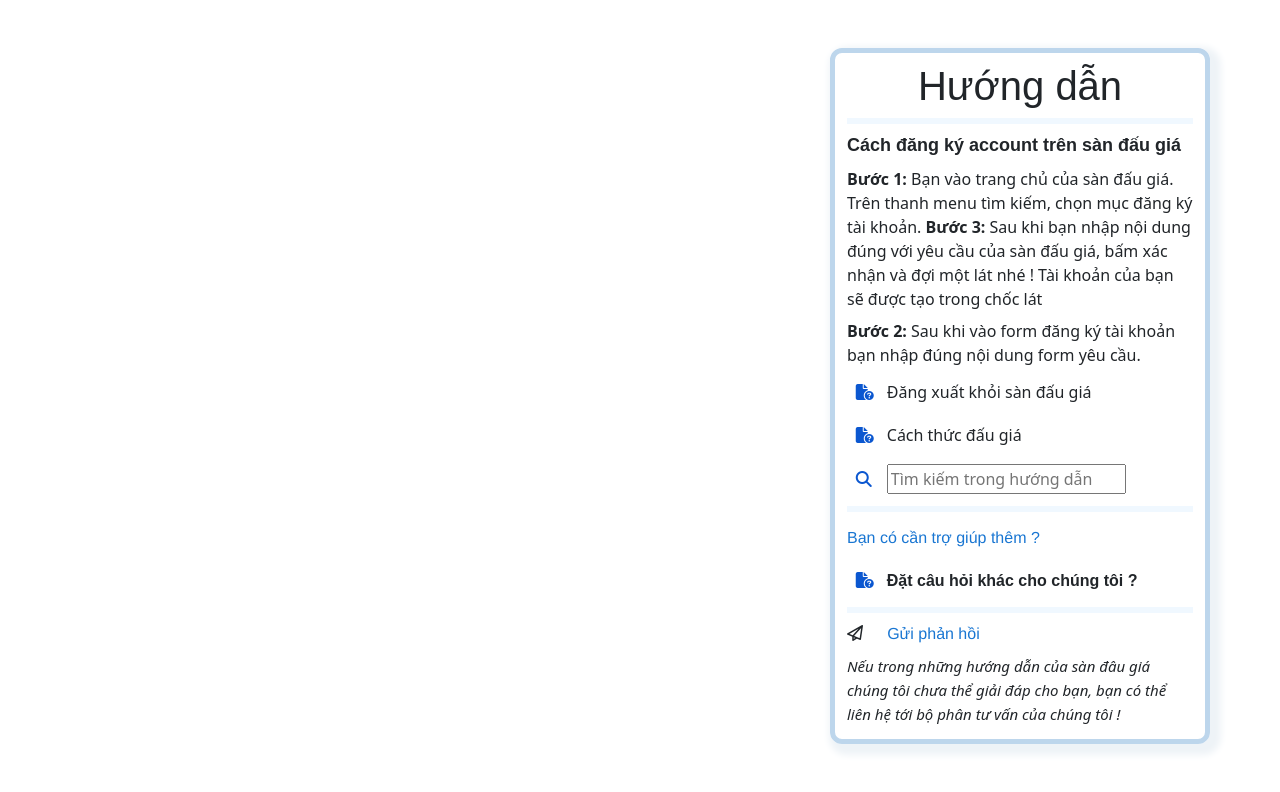
Repository: SonPhamThe/C0622G1-module5
Page: prototype--module6/guides/guide1.html
An editor plug-in stored every save of this project. The page is shown before and after the next save, followed by the edit.
The browser window is 1280 px wide. The pictures show the whole page.
Some web libraries are served in a nearby version.

Above is the page before, as saved 2022-12-07 15:14:03.

### prototype--module6/guides/guide1.html
<!DOCTYPE html>
<html lang="en">
  <head>
    <meta charset="UTF-8" />
    <meta
      name="viewport"
      content="width=device-width, user-scalable=no, initial-scale=1.0, maximum-scale=1.0, minimum-scale=1.0"
    />
    <meta http-equiv="X-UA-Compatible" content="ie=edge" />
    <title>Trang chủ hướng dẫn</title>
    <link rel="stylesheet" href="guide1.css" />
    <link rel="icon" type="image/x-icon" href="favicon.ico" />

    <link
      rel="stylesheet"
      href="https://cdnjs.cloudflare.com/ajax/libs/font-awesome/6.2.1/css/all.min.css"
    />

    <link
      href="https://cdn.jsdelivr.net/npm/bootstrap@5.1.3/dist/css/bootstrap.min.css"
      rel="stylesheet"
      integrity="sha384-1BmE4kWBq78iYhFldvKuhfTAU6auU8tT94WrHftjDbrCEXSU1oBoqyl2QvZ6jIW3"
      crossorigin="anonymous"
    />
    <script
      src="https://cdn.jsdelivr.net/npm/bootstrap@5.1.3/dist/js/bootstrap.bundle.min.js"
      integrity="sha384-ka7Sk0Gln4gmtz2MlQnikT1wXgYsOg+OMhuP+IlRH9sENBO0LRn5q+8nbTov4+1p"
      crossorigin="anonymous"
    ></script>
    <link
      rel="stylesheet"
      href="https://cdnjs.cloudflare.com/ajax/libs/font-awesome/5.15.4/css/all.min.css"
    />
  </head>
  <body>
    <!--Khi chọn mục hướng dẫn trên navbar sẽ đổ modal xuống. Ở trang chủ hướng dẫn em tính làm gồm những phần:
      Cách đăng ký account,
      Thay đổi hoặc đặt lại mật khẩu của bạn,
      Quản lý mật khẩu, vv....
      Khi click một trong số option sẽ chuyển qua một form chứa nội dung của từng tiêu đề đó
     -->
    <div class="container mb-5 mt-5">
      <div class="row">
        <div class="col-lg-4"></div>
        <div class="col-lg-4"></div>
        <div class="boxed col-lg-4 shadow-md" style="height: 100% !important">
          <form>
            <div class="mt-1 text-center">
              <h1 style="font-family: sans-serif">Hướng dẫn</h1>
            </div>
            <div
              class="mb-2"
              style="height: 6px; background-color: aliceblue; width: 100%"
            ></div>
            <div class="mb-2">
              <label
                ><strong style="font-family: sans-serif; font-size: large"
                  >Cách đăng ký account trên sàn đấu giá</strong
                ></label
              >
            </div>
            <div class="mb-2">
              <span>
                <strong>Bước 1:</strong>
                Bạn vào trang chủ của sàn đấu giá. Trên thanh menu tìm kiếm,
                chọn mục đăng ký tài khoản.
                <strong>Bước 3:</strong>
                Sau khi bạn nhập nội dung đúng với yêu cầu của sàn đấu giá, bấm
                xác nhận và đợi một lát nhé ! Tài khoản của bạn sẽ được tạo
                trong chốc lát
              </span>
            </div>
            <div class="mb-2">
              <span>
                <strong>Bước 2:</strong>
              Sau khi vào form đăng ký tài khoản bạn nhập đúng nội dung form
              yêu cầu.
              </span>
            </div>
            <div class="mb-2">
              <i class="fa-solid fa-file-circle-question"></i>
              <label>Đăng xuất khỏi sàn đấu giá</label>
            </div>

            <div class="mb-2">
              <i class="fa-solid fa-file-circle-question"></i>
              <label>Cách thức đấu giá</label>
            </div>

            <div class="mb-2">
              <i class="fa-solid fa-magnifying-glass"></i>
              <input
                type="search"
                class="search"
                placeholder="Tìm kiếm trong hướng dẫn"
              />
            </div>
            <div
              class="mb-2"
              style="height: 6px; background-color: aliceblue; width: 100%"
            ></div>

            <div class="mb-2">
              <h6
                class="mt-3 mb-3"
                style="color: #1976d2; font-family: Helvetica"
              >
                Bạn có cần trợ giúp thêm ?
              </h6>
              <div class="mb-2">
                <i class="fa-solid fa-file-circle-question"></i>
                <label style="font-family: sans-serif"
                  ><strong>Đặt câu hỏi khác cho chúng tôi ?</strong></label
                >
              </div>
              <div
                class="mb-2"
                style="height: 6px; background-color: aliceblue; width: 100%"
              ></div>
              <div class="mb-2">
                <i class="fa-regular fa-paper-plane"></i>
                <label
                  style="
                    color: #1976d2;
                    font-family: Helvetica;
                    margin-left: 20px;
                  "
                >
                  Gửi phản hồi
                </label>
              </div>
            </div>
          </form>
          <div class="mb-2">
            <span style="font-size: 15px" class="fst-italic"
              >Nếu trong những hướng dẫn của sàn đâu giá chúng tôi chưa thể giải
              đáp cho bạn, bạn có thể liên hệ tới bộ phân tư vấn của chúng tôi
              !</span
            >
          </div>
        </div>

        <div class="col-lg-3"></div>
      </div>
    </div>
  </body>
  <script src="//ajax.googleapis.com/ajax/libs/jquery/1.9.1/jquery.min.js"></script>
  <script
    src="https://cdn.jsdelivr.net/npm/popper.js@1.12.9/dist/umd/popper.min.js"
    integrity="sha384-ApNbgh9B+Y1QKtv3Rn7W3mgPxhU9K/ScQsAP7hUibX39j7fakFPskvXusvfa0b4Q"
    crossorigin="anonymous"
  ></script>
</html>

### prototype--module6/guides/guide1.css
.boxed {
  width: 400px;
  height: 550px;
}

.boxed {
  border: 5px solid;
  border-image-slice: 1;
  border-color: rgb(189, 214, 236);
  padding: 5px;
  border-radius: 12px;
  background-color: transparent;
  box-shadow: 5px 5px 7px 6px  rgb(238, 243, 247);
}

.fa-solid {
  color: #0b57d0;
  height: 1.125rem;
  margin: 0.55rem;
  visibility: initial;
  width: 1.125rem;
}

After the next save:
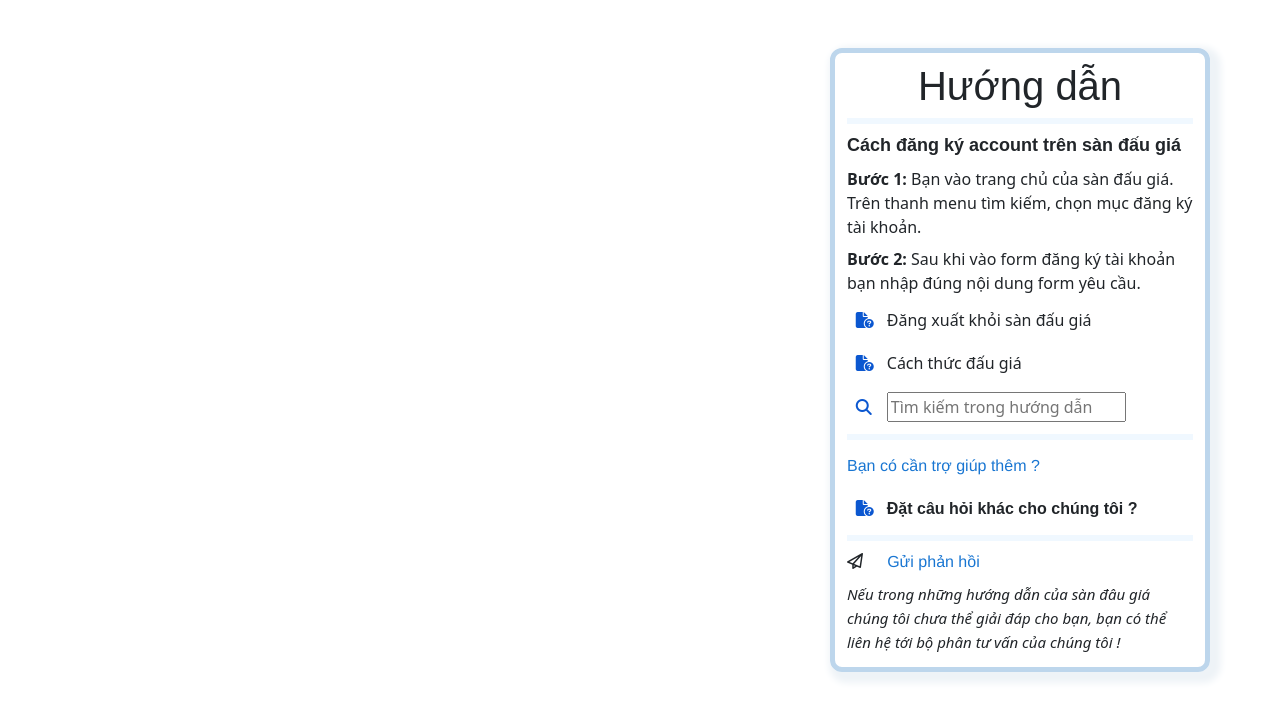
Saved 7 s later.
--- a/prototype--module6/guides/guide1.html
+++ b/prototype--module6/guides/guide1.html
@@ -64,10 +64,6 @@
                 <strong>Bước 1:</strong>
                 Bạn vào trang chủ của sàn đấu giá. Trên thanh menu tìm kiếm,
                 chọn mục đăng ký tài khoản.
-                <strong>Bước 3:</strong>
-                Sau khi bạn nhập nội dung đúng với yêu cầu của sàn đấu giá, bấm
-                xác nhận và đợi một lát nhé ! Tài khoản của bạn sẽ được tạo
-                trong chốc lát
               </span>
             </div>
             <div class="mb-2">
